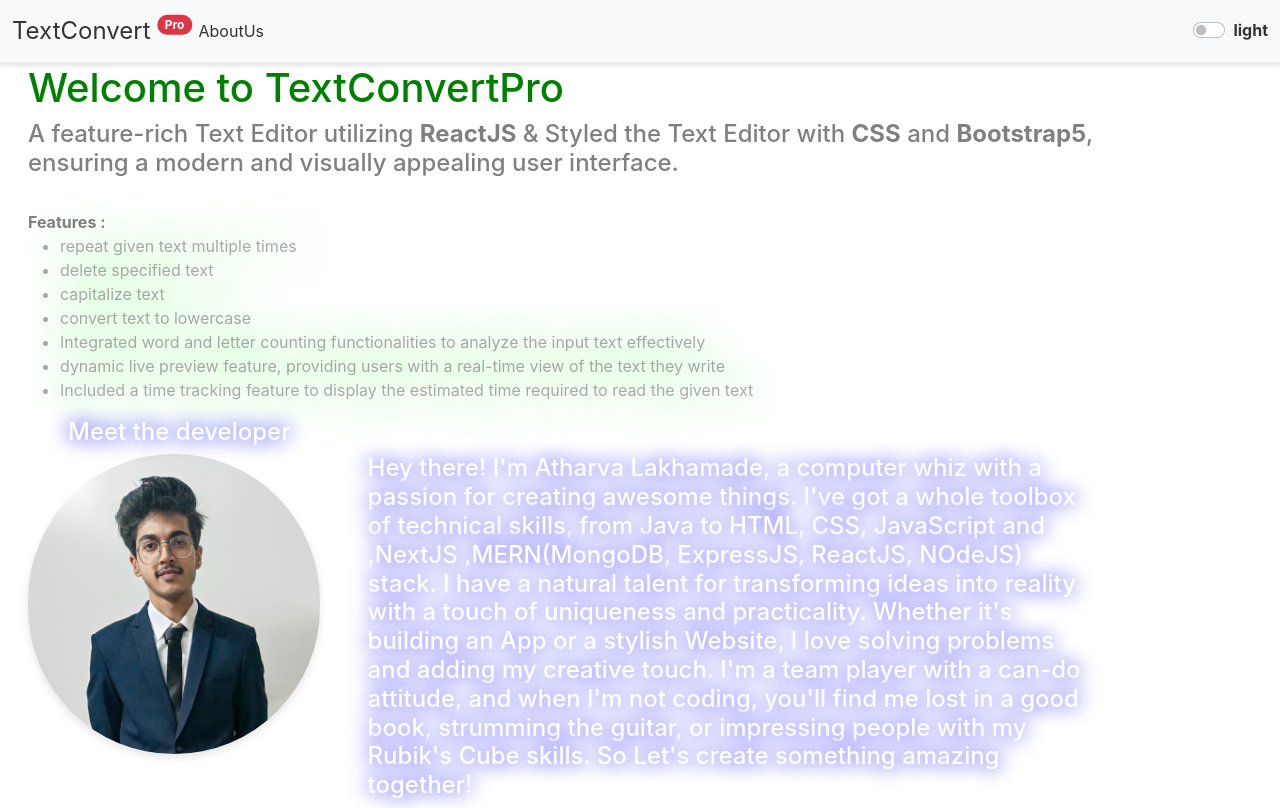
Repository: atha2810/TextConvertPro
Page: /about
The author's editor kept a copy of each file at every save. The page is drawn from the files as they stood at one save, then again after a run of saves.
The browser window is 1280 px wide. The pictures show the whole page.
The project was rebuilt for these pictures with package versions that can differ from the ones it lists, and the page was loaded fresh each time. Also part of the build but not shown: src/css/TextForm.css, src/TextForm.js.

Above is the page before, as saved 2024-07-25 19:40:35.

### src/App.js
import React, { useState } from "react";
import profile from "./images/profile.jpg";

import About from "./components/About";
import Navbar from "./components/Navbar";
import TextForm from "./TextForm";
import { BrowserRouter, Routes, Route } from "react-router-dom";

function App() {
  const [mode, setMode] = useState("light");
  const toggleMode = () => {
    if (mode === "light") {
      setMode("dark");
      document.body.style.backgroundColor = "#082844";
    } else {
      setMode("light");
      document.body.style.backgroundColor = "white";
    }
  };
  return (
    <>
      <BrowserRouter>
        <Navbar logo="TextConvert" mode={mode} toggleMode={toggleMode} />
        {/* <TextForm heading="Enter the text to analyse: " mode={mode}/> */}
        <Routes>
          <Route exact path="/about" element={<About imgSrc={profile} />} />
          {/* exact is usedto get exact path sometimes there are folders like /about-->componentX and /about/home-->componentY and if we want component from /about/home it will mistakenly will render from /about thats why */}

          <Route
            exact
            path="/TextConvertPro"
            element={<TextForm heading="Enter the text here ↓ " mode={mode} />}
          />
        </Routes>
      </BrowserRouter>
    </>
  );
}

export default App;

### src/components/About.js
import "../css/About.css";

export default function About(props) {
  return (
    <div
      className="container mx-3"
      style={{ display: "block", marginLeft: "500px" }}
    >
      <h1 style={{ color: props.mode === "dark" ? "white" : "green" }}>
        Welcome to TextConvertPro
      </h1>
      <div
        style={{
          color: props.mode === "ligh" ? "black" : "white",
        }}
      >
        <h4
          style={{
            color: "grey",
          }}
        >
          A feature-rich Text Editor utilizing <b>ReactJS</b> & Styled the Text
          Editor with <b>CSS</b> and <b>Bootstrap5</b>, ensuring a modern and
          visually appealing user interface.
        </h4>
        <br />{" "}
        <b
          style={{
            color: "grey",
          }}
        >
          Features :
        </b>
        <br />
        <ul
          style={{
            color: "darkgrey",
            textShadow: " 0 0 70px #0f0",
          }}
        >
          <li>repeat given text multiple times</li>
          <li> delete specified text</li> <li>capitalize text </li>
          <li>convert text to lowercase</li>
          <li>
            Integrated word and letter counting functionalities to analyze the
            input text effectively
          </li>
          <li>
            dynamic live preview feature, providing users with a real-time view
            of the text they write
          </li>
          <li>
            Included a time tracking feature to display the estimated time
            required to read the given text
          </li>
        </ul>
      </div>
      <h4
        style={{
          color: "#fff" /* Text color */,
          textShadow: "0 0 20px #00f",
          paddingLeft: "40px",
        }}
      >
        Meet the developer
      </h4>
      <div style={{ display: "flex" }}>
        <img
          src={props.imgSrc}
          style={{
            height: "300px",
            width: "300px",
            borderRadius: "150px 150px 150px 150px",
          }}
          alt="developer"
        ></img>
        <h4
          className="mx-5"
          style={{
            color: "#fff" /* Text color */,
            textShadow: "0 0 20px #00f",
          }}
        >
          Hey there! I'm Atharva Lakhamade, a computer whiz with a passion for
          creating awesome things. I've got a whole toolbox of technical skills,
          from Java to HTML, CSS, JavaScript and ,NextJS ,MERN(MongoDB,
          ExpressJS, ReactJS, NOdeJS) stack. I have a natural talent for
          transforming ideas into reality with a touch of uniqueness and
          practicality. Whether it's building an App or a stylish Website, I
          love solving problems and adding my creative touch. I'm a team player
          with a can-do attitude, and when I'm not coding, you'll find me lost
          in a good book, strumming the guitar, or impressing people with my
          Rubik's Cube skills. So Let's create something amazing together!
        </h4>
      </div>
    </div>
  );
}

### src/components/Navbar.js
import React from "react";
import { Link } from "react-router-dom";
import "../css/Navbar.css";
export default function Navbar(props) {
  return (
    <nav
      className={`navbar navbar-expand-lg navbar-${props.mode} bg-${props.mode}`}
    >
      <div className="container-fluid">
        <Link className="navbar-brand" to="/TextConvertPro">
          {props.logo}
          <button className="btn position-relative">
            <span className="position-absolute top-0 start-100 translate-middle badge rounded-pill bg-danger">
              Pro
            </span>
          </button>
        </Link>
        {/* <a className="navbar-brand" href="#">{props.logo}</a> */}
        <button
          className="navbar-toggler"
          type="button"
          data-bs-toggle="collapse"
          data-bs-target="#navbarSupportedContent"
          aria-controls="navbarSupportedContent"
          aria-expanded="false"
          aria-label="Toggle navigation"
        >
          <span className="navbar-toggler-icon"></span>
        </button>
        <div className="collapse navbar-collapse" id="navbarSupportedContent">
          <ul className="navbar-nav me-auto mb-2 mb-lg-0">
            <li className="nav-item">
              <Link className="nav-link" to="/about">
                AboutUs
              </Link>
              {/* <a className="nav-link" href="/about">About</a> */}
            </li>
          </ul>
          <form className="d-flex" role="search">
            <div
              className={`form-check form-switch text-${
                props.mode === "light" ? "dark" : "light"
              }`}
              style={{ backgroundColor: "transparent" }}
            >
              <input
                className="form-check-input"
                onClick={props.toggleMode}
                type="checkbox"
                role="switch"
                id="flexSwitchCheckDefault"
              />
              <label
                className="form-check-label"
                htmlFor="flexSwitchCheckDefault"
              >
                <b>{props.mode}</b>
              </label>
            </div>
          </form>
        </div>
      </div>
    </nav>
  );
}

### src/css/About.css
/* About Styles */

img {
  border-radius: 50%;
  box-shadow: 0 4px 8px rgba(0, 0, 0, 0.1); /* Subtle shadow */
}

.developer-info {
  display: flex;
  align-items: center;
  justify-content: center;
  margin-top: 2rem;
}

.developer-info h4 {
  margin-left: 1.5rem;
  font-size: 1.25rem;
  color: #333;
}

.developer-info img {
  height: 300px;
  width: 300px;
}

### src/css/Navbar.css
/* Navbar Styles */
.navbar {
  border-bottom: 2px solid #eaeaea; /* Modern border for the navbar */
  box-shadow: 0 2px 4px rgba(0, 0, 0, 0.1); /* Subtle shadow */
}

.navbar-brand {
  display: flex;
  align-items: center;
  font-size: 1.5rem;
  color: #333;
  transition: color 0.3s ease;
}

.navbar-brand:hover {
  color: #007bff; /* Change color on hover */
}

.btn {
  /* Primary button color */
  border: none;
  color: white;
  transition: background-color 0.3s ease;
}

.nav-link {
  color: #333;
  transition: color 0.3s ease;
}

.nav-link:hover {
  color: #007bff; /* Change color on hover */
}

.navbar-toggler {
  border-color: #007bff; /* Color of the toggler */
}

.navbar-toggler-icon {
  background-image: linear-gradient(
    to right,
    #007bff,
    #0056b3
  ); /* Gradient effect */
}

.form-check-label {
  color: #333; /* Switch label color */
}

Loaded but not shown: public/index.html (common file); src/index.js (common file); src/index.css (common file); src/reportWebVitals.js (common file)

After the next 2 saves:
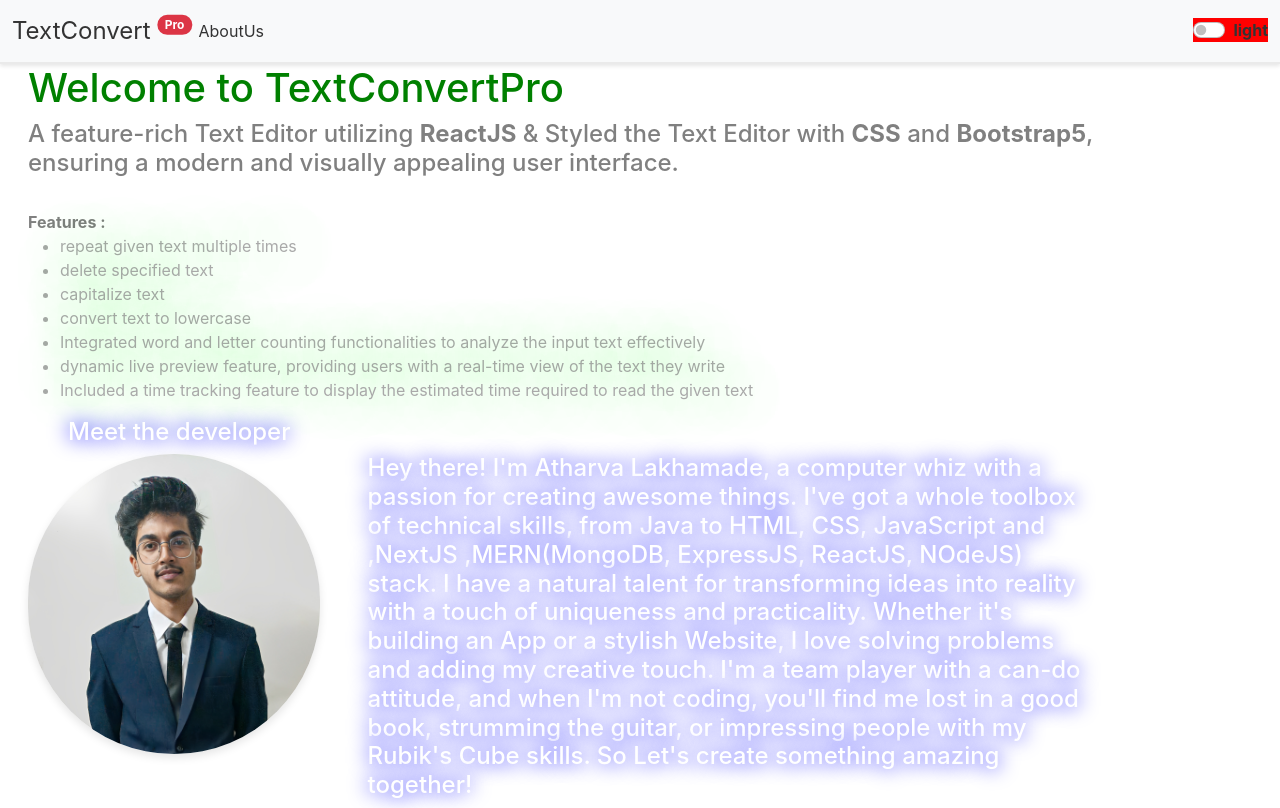
The 2 saves are shown as one change because they came seconds apart.
The last was saved 9 s later.
--- a/src/components/Navbar.js
+++ b/src/components/Navbar.js
@@ -41,7 +41,7 @@
               className={`form-check form-switch text-${
                 props.mode === "light" ? "dark" : "light"
               }`}
-              style={{ backgroundColor: "transparent" }}
+              style={{ backgroundColor: "red" }}
             >
               <input
                 className="form-check-input"

After the save that followed:
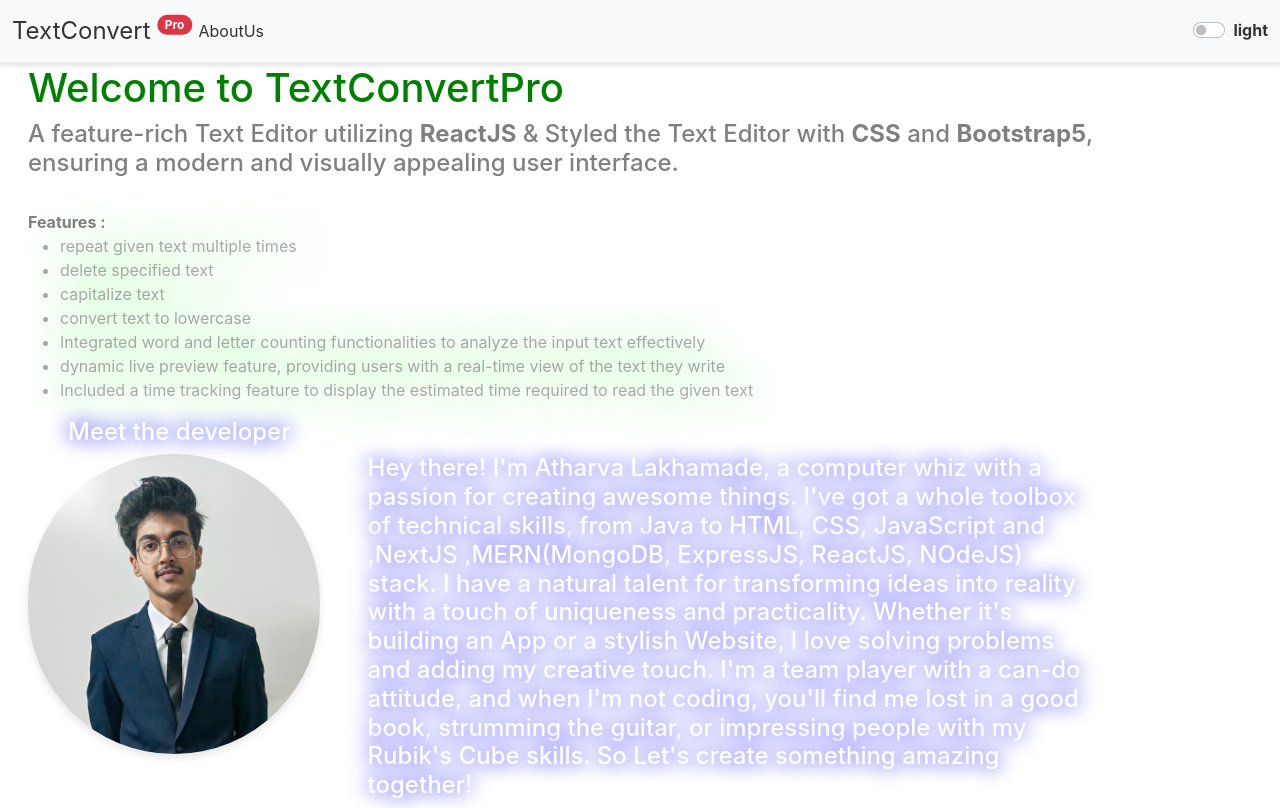
Saved 8 s later.
--- a/src/components/Navbar.js
+++ b/src/components/Navbar.js
@@ -41,7 +41,7 @@
               className={`form-check form-switch text-${
                 props.mode === "light" ? "dark" : "light"
               }`}
-              style={{ backgroundColor: "red" }}
+              style={{ backgroundColor: "" }}
             >
               <input
                 className="form-check-input"
